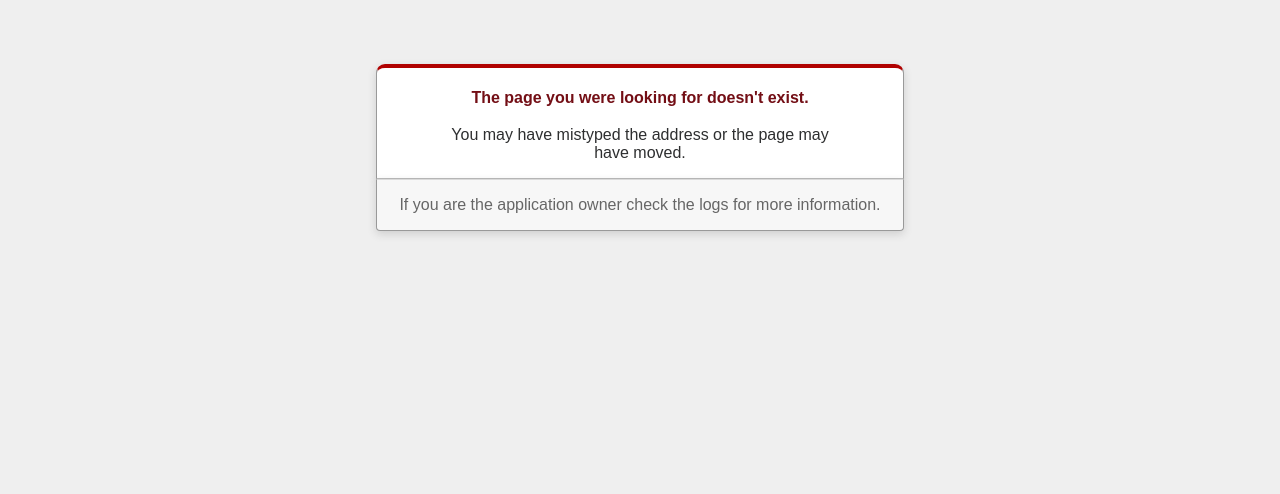
Repository: krn1138/manyou_kadai
Page: public/404.html
These files come from the project's save history. The page is drawn as it stood at one moment and after the next save; the edit follows.
The browser window is 1280 px wide. The pictures show the whole page.

Above is the page before, as saved 2021-03-12 14:52:38.

After the next save:
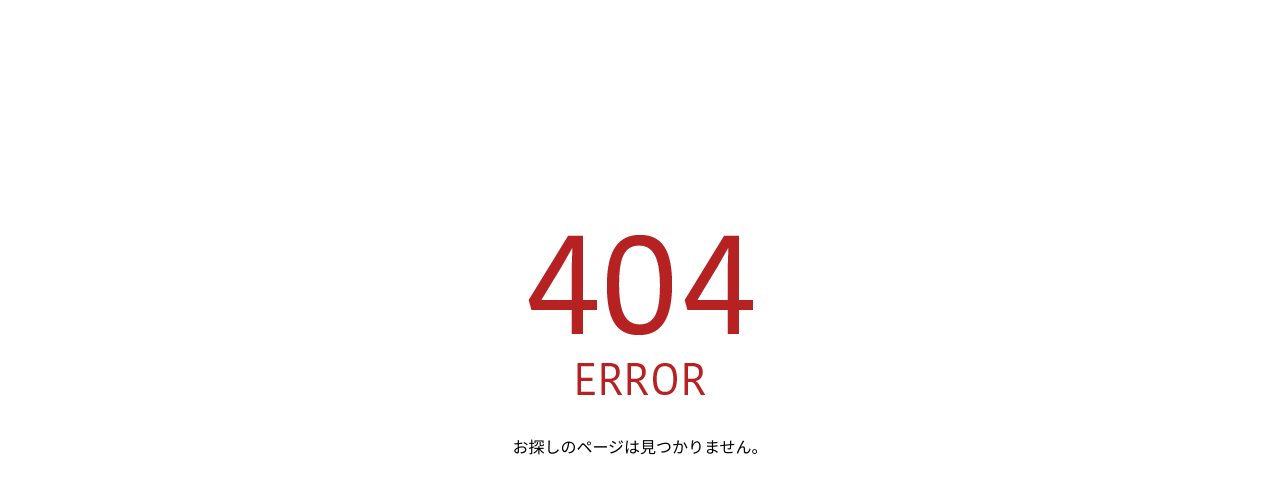
Saved 46 min 58 s later.
--- a/public/404.html
+++ b/public/404.html
@@ -4,64 +4,24 @@
   <title>The page you were looking for doesn't exist (404)</title>
   <meta name="viewport" content="width=device-width,initial-scale=1">
   <style>
-  .rails-default-error-page {
-    background-color: #EFEFEF;
-    color: #2E2F30;
+  .error {
+    padding-top: 16%
+  }
+  p{
     text-align: center;
-    font-family: arial, sans-serif;
-    margin: 0;
   }
-
-  .rails-default-error-page div.dialog {
-    width: 95%;
-    max-width: 33em;
-    margin: 4em auto 0;
-  }
-
-  .rails-default-error-page div.dialog > div {
-    border: 1px solid #CCC;
-    border-right-color: #999;
-    border-left-color: #999;
-    border-bottom-color: #BBB;
-    border-top: #B00100 solid 4px;
-    border-top-left-radius: 9px;
-    border-top-right-radius: 9px;
-    background-color: white;
-    padding: 7px 12% 0;
-    box-shadow: 0 3px 8px rgba(50, 50, 50, 0.17);
-  }
-
-  .rails-default-error-page h1 {
-    font-size: 100%;
-    color: #730E15;
-    line-height: 1.5em;
-  }
-
-  .rails-default-error-page div.dialog > p {
-    margin: 0 0 1em;
-    padding: 1em;
-    background-color: #F7F7F7;
-    border: 1px solid #CCC;
-    border-right-color: #999;
-    border-left-color: #999;
-    border-bottom-color: #999;
-    border-bottom-left-radius: 4px;
-    border-bottom-right-radius: 4px;
-    border-top-color: #DADADA;
-    color: #666;
-    box-shadow: 0 3px 8px rgba(50, 50, 50, 0.17);
+  img{
+    display: block;
+    margin: 0 auto;
   }
   </style>
 </head>
 
-<body class="rails-default-error-page">
+<body>
   <!-- This file lives in public/404.html -->
-  <div class="dialog">
-    <div>
-      <h1>The page you were looking for doesn't exist.</h1>
-      <p>You may have mistyped the address or the page may have moved.</p>
-    </div>
-    <p>If you are the application owner check the logs for more information.</p>
+  <div class="error">
+    <img src="404.png">
+    <p>お探しのページは見つかりません。</p>
   </div>
 </body>
 </html>
